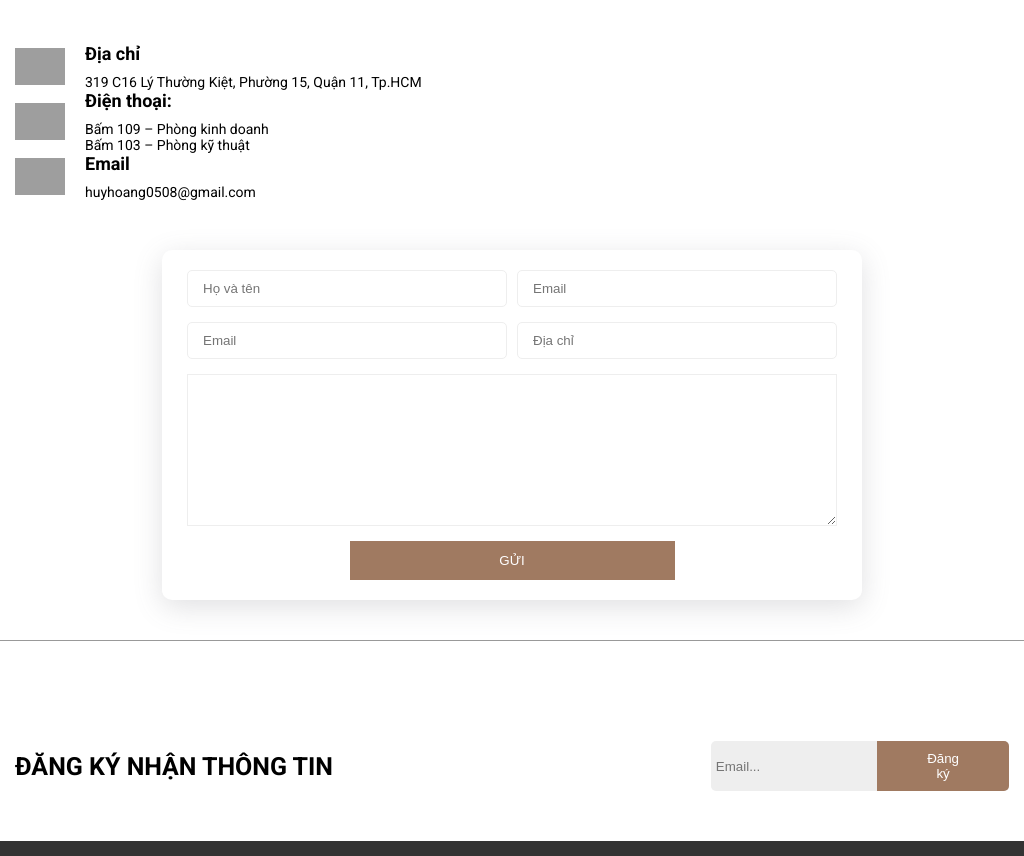
Repository: web345/WEBNANGCAO-clock-
Page: contact.html
These files come from the project's save history. The page is drawn as it stood at one moment and after the next save; the edit follows.
The browser window is 1024 px wide. The pictures show the part of the page from y = 678 to 1534 px (the page is 2005 px tall before and 2045 px after).
Pictures or frames that could not be fetched are drawn as grey boxes. A picture or video elsewhere on the page could not be fetched, so the positions and the page height are approximate. Some web libraries are served in a nearby version.

Above is the page before, as saved 2021-09-10 21:09:46.

After the next save:
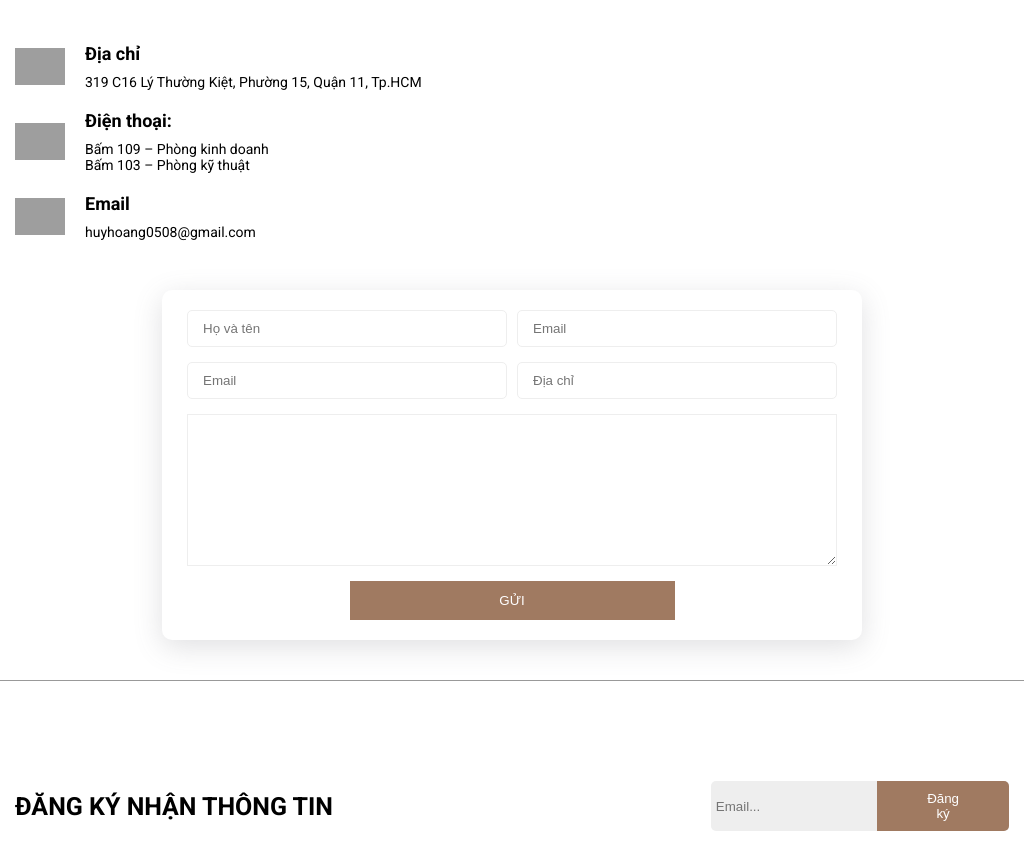
Saved 17 s later.
--- a/CSS/contact.css
+++ b/CSS/contact.css
@@ -130,6 +130,6 @@ h3.sub-info {
   }
   .contact-list {
     flex-direction: column;
-    gap: 0 30px;
+    gap: 20px;
   }
 }
